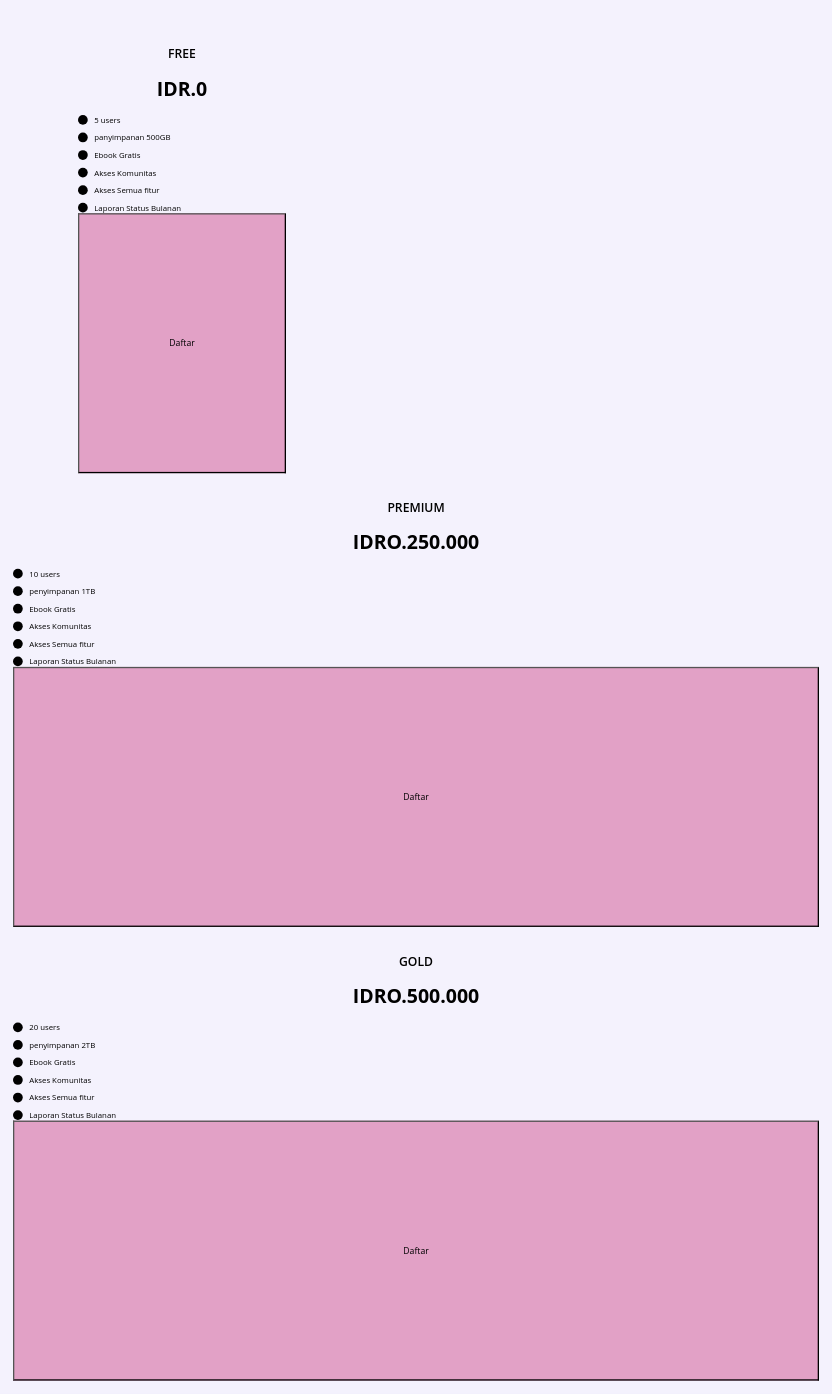
Repository: TUTJAL/my-website
Page: card.html
The author's editor kept a copy of each file at every save. The page is drawn from the files as they stood at one save, then again after a run of saves.
The browser window is 1280 px wide. The pictures show the whole page, at 65% of full size.

Above is the page before, as saved 2024-06-20 11:16:33.

### card.html
<!DOCTYPE html>
<html lang="en">
<head>
    <meta charset="UTF-8">
    <meta name="viewport" content="width=device-width, initial-scale=1.0">
    <title>Document</title>
    <link rel="stylesheet" href="card.css">
</head>
<body>
    <div id="pricing-card">
        <div class="single-card">
            <div class="wrapper">
                <h3>FREE</h3>
                <h1>IDR.0</h1>
                <ul>
                    <li>
                        <i class="fas fa-check"></i>
                        <span>5 users</span>
                    </li>
                    <li>
                        <i class="fas fa-check"></i>
                        <span>panyimpanan 500GB</span>
                    </li>
                    <li>
                        <i class="fas fa-check"></i>
                        <span>Ebook Gratis</span>
                    </li>
                    <li class="disable">
                        <i class="fas fa-check"></i>
                        <span>Akses Komunitas</span>
                    </li>
                    <li class="disable">
                        <i class="fas fa-check"></i>
                        <span>Akses Semua fitur</span>
                    </li>
                    <li class="disable">
                        <i class="fas fa-check"></i>
                        <span>Laporan Status Bulanan</span>
                    </li>
                </ul>
                <button>Daftar</button>
            </div>
        </div>
    </div>
    <div class="single-card">
        <div class="wrapper premium">
            <H3>PREMIUM</H3>
            <h1>IDRO.250.000</h1>
            <ul>
                <li>
                    <i class="fas fa-check"></i>
                    <span>10 users</span>
                </li>
                <li>
                    <i class="fas fa-check"></i>
                    <span>penyimpanan 1TB</span>
                </li>
                <li>
                    <i class="fas fa-check"></i>
                    <span>Ebook Gratis</span>
                </li>

                    <li class="disable1">
                        <i class="fas fa-check"></i>
                        <span>Akses Komunitas</span>
                    </li>
                    <li class="disable1">
                        <i class="fas fa-check"></i>
                        <span class="card1">Akses Semua fitur</span>
                    </li>
                    <li class="disable1">
                        <i class="fas fa-check"></i>
                        <span>Laporan Status Bulanan</span>
                    </li>
            </ul>
            <button>Daftar</button>
        </div>
    </div>
    <div>
    <div class="single-card">
        <div class="wrapper">
            <h3>GOLD</h3>
            <h1>IDRO.500.000</h1>
            <ul>
                <li>
                    <i class="fas fa-check"></i>
                    <span>20 users</span>
                </li>
                <li>
                    <i class="fas fa-check"></i>
                    <span>penyimpanan 2TB</span>
                </li>
                <li>
                    <i class="fas fa-check"></i>
                    <span>Ebook Gratis</span>
                </li>
                <li>
                    <i class="fas fa-check"></i>
                    <span>Akses Komunitas</span>
                </li>
                <li>
                    <i class="fas fa-check"></i>
                    <span>Akses Semua fitur</span>
                </li>
                <li>
                    <i class="fas fa-check"></i>
                    <span>Laporan Status Bulanan</span>
                </li>
            </ul>
            <button>Daftar</button>
        </div>
    </div>
</div>
</body>
</html>

### card.css
/* @import("https://fonts.googleapis.com/") */
*{
    margin: 0;
    padding: 0;
    box-sizing: border-box;
    font-family: 'open sans',sans-serif;

}
body{
    background-color: #f4f2fd;;
}
::selection{
    background-color: black;
    color: white;
}
#pricing-card{
    display: flex;
    flex-wrap: wrap;
    padding: 0px 100px;
    margin-top: 50px;
    border: 10px;
}
.single-card{
    flex-basis: calc(100%/3);
    padding: 20px;

}
.single-card.wrapper{
    background-color: white;
    height: 100%;
    padding: 30px;
    border-radius: 20px;
    box-shadow: 3px 5px 10px rgba(0,0,0,0.1);
    transition: .3s;
}
.single-card.wrapper:hover{
    transform: translateY(-5px);
}
.single-card h3{
    text-align: center;
    font-weight: 600;
}
.single-card h1{
    margin: 20px 0px;
    font-size: 30px;
    text-align: center;
}
.single-card li{
    list-style: none;
    display: flex;
    align-items: center;
    margin-top: 10px;
}
.single-card i{
    height: 15px;
    width: 15px;
    background-color: black;
    display: inline-flex;
    justify-content: center;
    align-items: center;
    border-radius: 50%;
    color: white;
    font-size: 10px;
    margin-right: 10px;
}
.single-card span{
    font-size: 12px;
    font-weight: 500;
}
.single-card button{
    height: 400px;
    width: 100%;
    background-color: #c487;
}

After the next 2 saves:
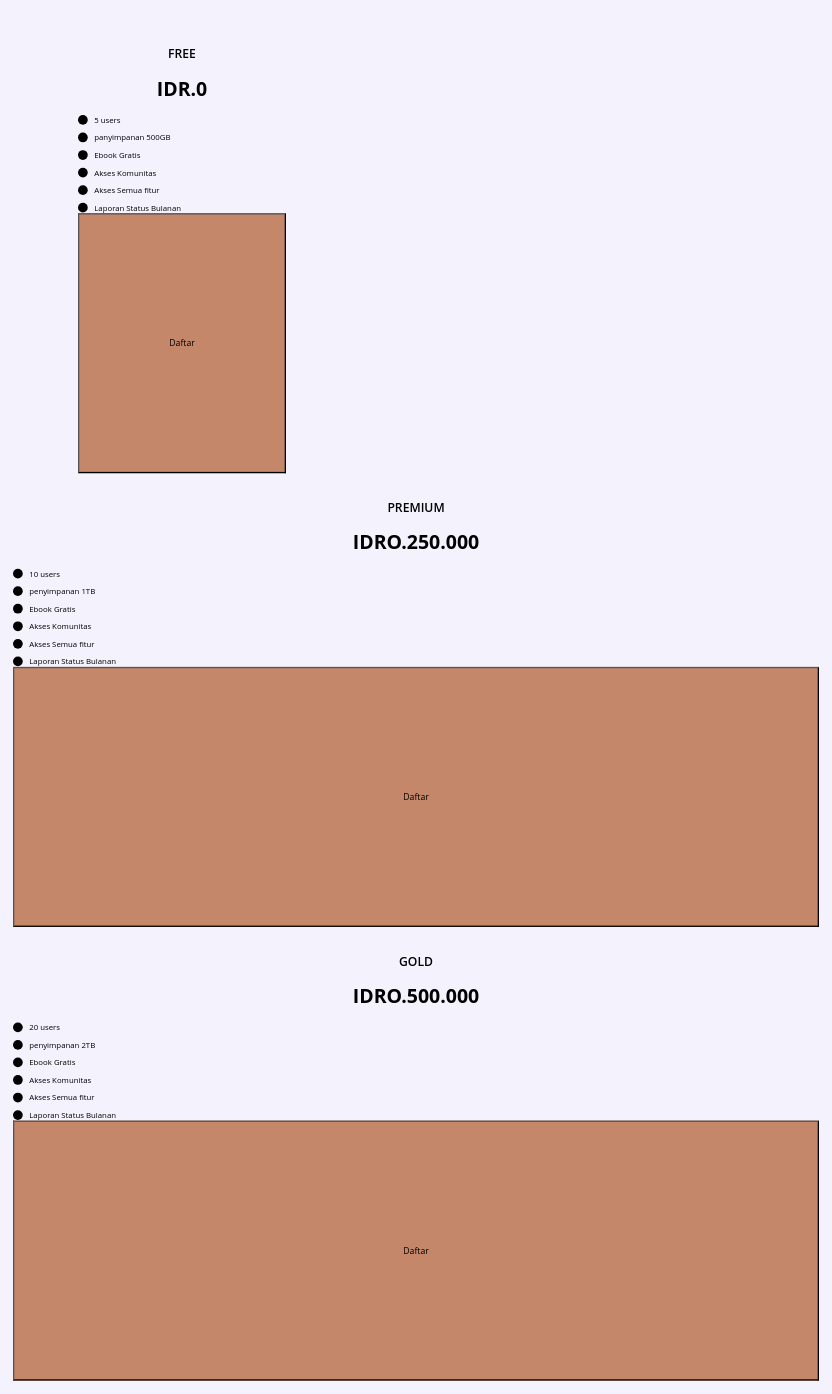
The 2 saves are shown as one change because they came seconds apart.
The last was saved 10 s later.
--- a/card.css
+++ b/card.css
@@ -70,5 +70,5 @@ body{
 .single-card button{
     height: 400px;
     width: 100%;
-    background-color: #c487;
+    background-color: #c4876a;
 }
